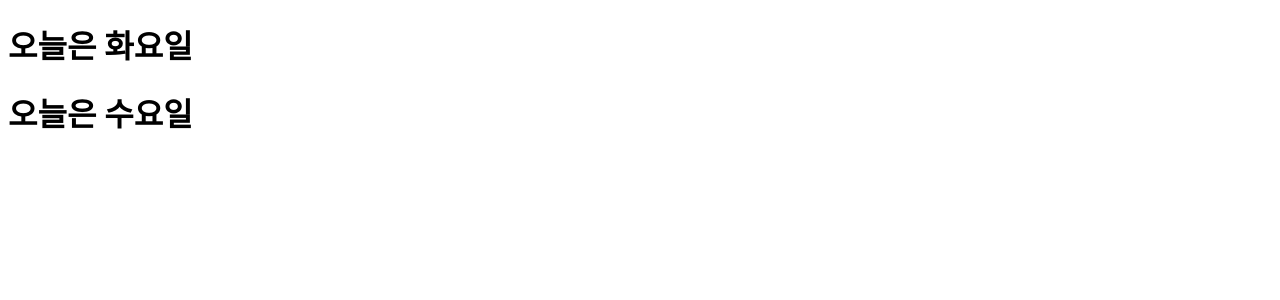
Repository: Shinhan1/shinhan
Page: http://localhost/web_goott/w20200324/jQueryEx07.jsp
These files come from the project's save history. The page is drawn as it stood at one moment and after the next save; the edit follows.
The browser window is 1280 px wide. The pictures show the whole page.
The page is served by Tomcat 9.

Above is the page before, as saved 2020-03-24 01:04:56.

After the next save:
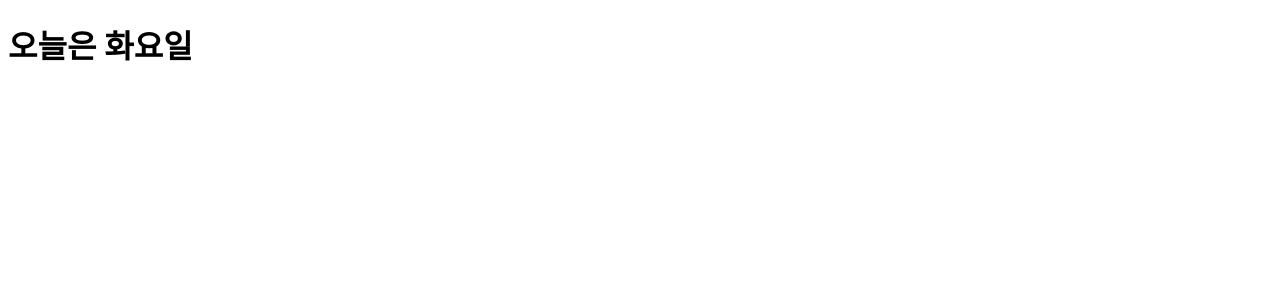
Saved 28 s later.
--- a/web_goott/WebContent/w20200324/jQueryEx07.jsp
+++ b/web_goott/WebContent/w20200324/jQueryEx07.jsp
@@ -36,9 +36,9 @@
 		<h1>오늘은 화요일</h1>
 	</div>
 
-	<div id="div2">
+	<!-- <div id="div2">
 		<h1>오늘은 수요일</h1>
-	</div>
+	</div> -->
 
 
 </body>

After the save that followed:
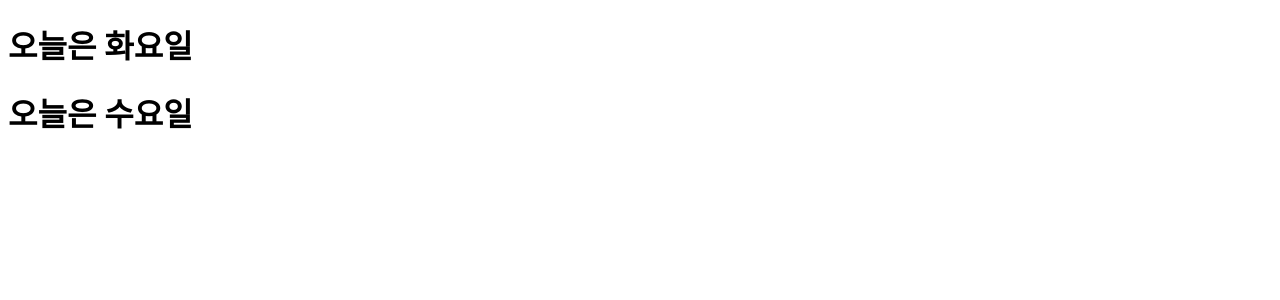
Saved 2 min 6 s later.
--- a/web_goott/WebContent/w20200324/jQueryEx07.jsp
+++ b/web_goott/WebContent/w20200324/jQueryEx07.jsp
@@ -5,6 +5,7 @@
 <head>
 <meta charset="UTF-8">
 <title>jQueryEx07.jsp</title>
+
 <script src="https://ajax.googleapis.com/ajax/libs/jquery/3.4.1/jquery.min.js"></script>
 <script type="text/javascript">
 
@@ -36,9 +37,9 @@
 		<h1>오늘은 화요일</h1>
 	</div>
 
-	<!-- <div id="div2">
+	<div id="div2">
 		<h1>오늘은 수요일</h1>
-	</div> -->
+	</div>
 
 
 </body>
